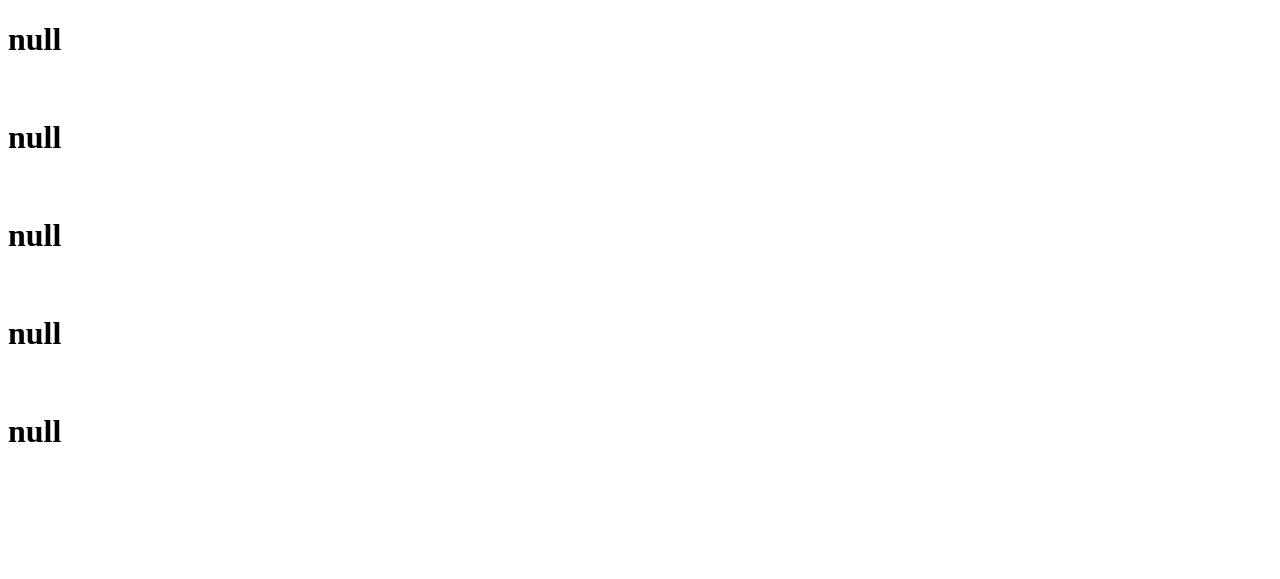
Repository: shadkhan8815/Advance-java
Page: http://localhost/Web-Project/FormData.jsp
An editor plug-in stored every save of this project. The page is shown before and after the next save, followed by the edit.
The browser window is 1280 px wide. The pictures show the whole page.
The page is served by Tomcat 9.

Above is the page before, as saved 2025-04-23 18:16:15.

After the next save:
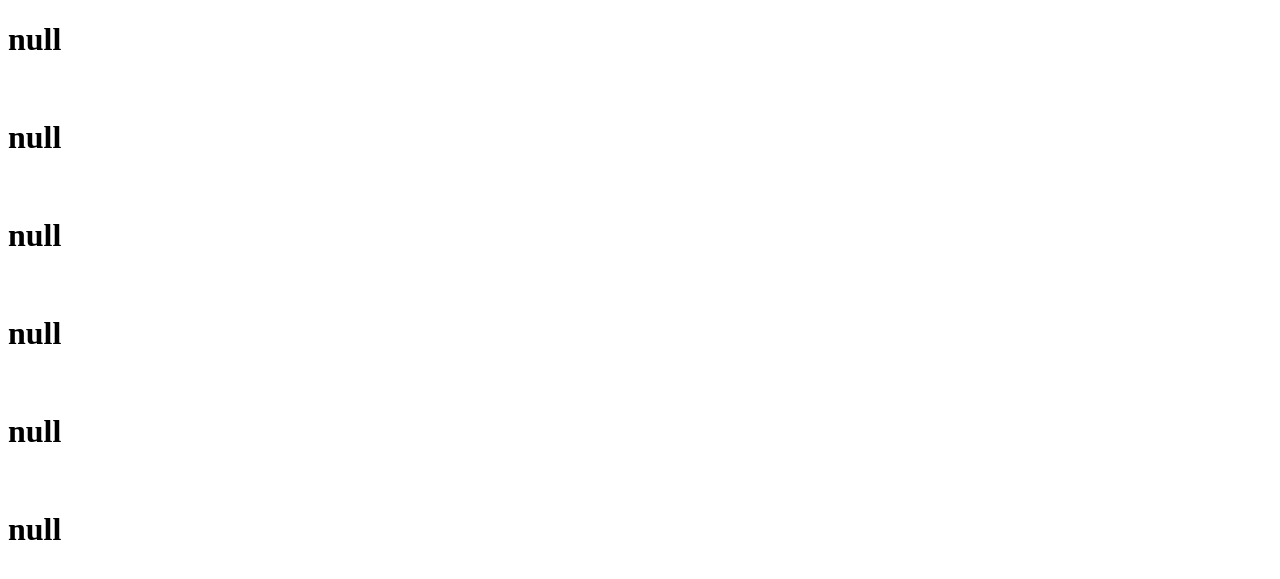
Saved 71 s later.
--- a/Web-Project/WebContent/FormData.jsp
+++ b/Web-Project/WebContent/FormData.jsp
@@ -17,6 +17,7 @@
 	<h1><%=request.getParameter("password")%></h1>
 	<br>
 	<h1><%=request.getParameter("dob")%></h1>
-
+	<br>
+	<h1><%=request.getParameter("address")%></h1>
 </body>
 </html>
